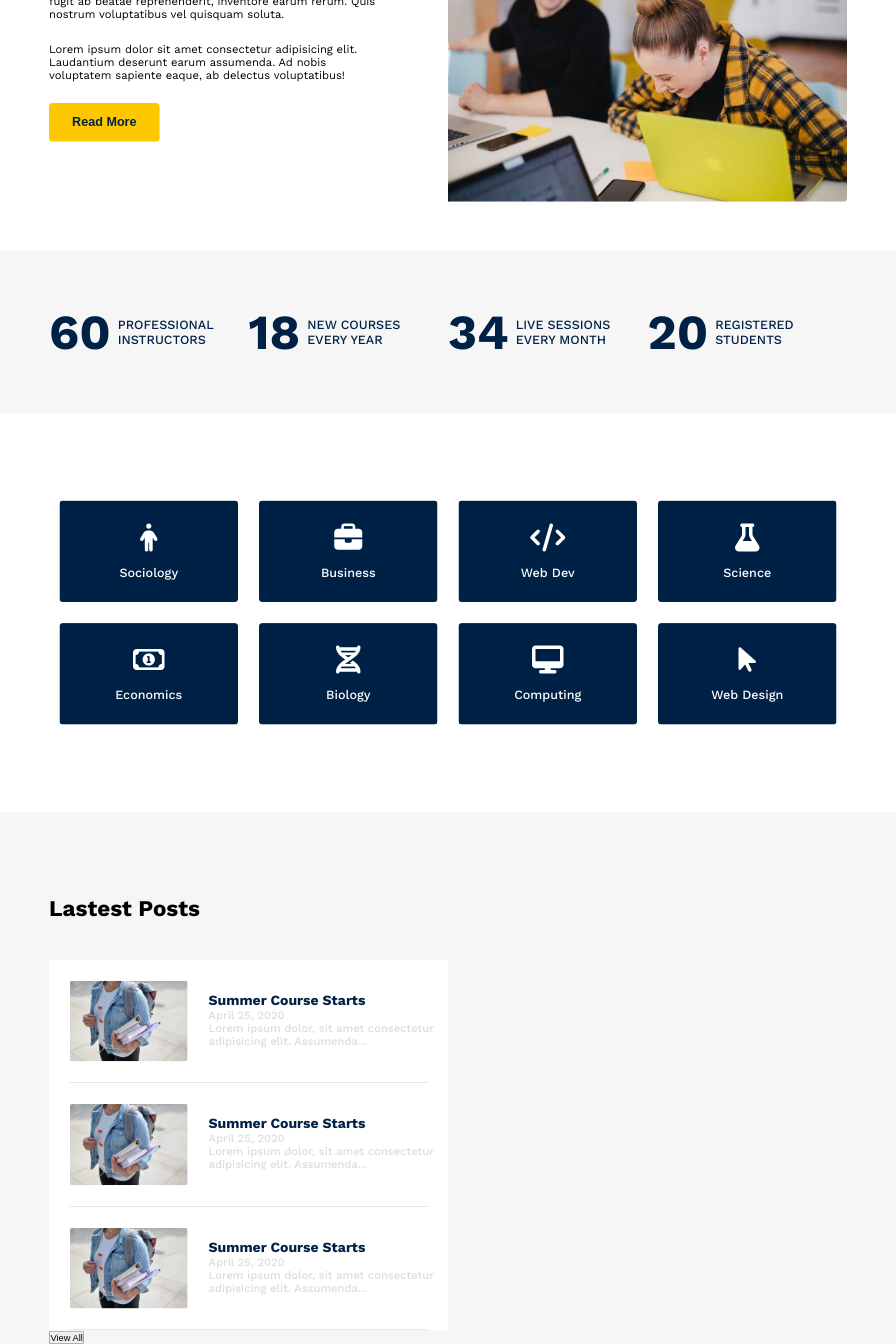
Repository: giahuy405/BC38__Mastery__Pham_Gia_Huy
Page: index.html
These files come from the project's save history. The page is drawn as it stood at one moment and after the next save; the edit follows.
The browser window is 1280 px wide. The pictures show the part of the page from y = 873 to 2793 px (the page is 2793 px tall), at 70% of full size.

Above is the page before, as saved 2022-09-10 01:43:29.

### index.html
<!DOCTYPE html>
<html lang="en">
<head>
    <meta charset="UTF-8">
    <meta http-equiv="X-UA-Compatible" content="IE=edge">
    <meta name="viewport" content="width=device-width, initial-scale=1.0">
    <title>Document</title>
    <link href="https://fonts.googleapis.com/css2?family=Montserrat:wght@300;400;500;700;900&family=Work+Sans:wght@300;400;500;700&display=swap" rel="stylesheet">
    <link rel="stylesheet" href="https://cdnjs.cloudflare.com/ajax/libs/font-awesome/6.2.0/css/all.min.css">
    <link rel="stylesheet" href="./css/index.css">
</head>
<body>
    <header>
        <div class="container">
            <i class="fa-solid fa-pen-to-square"></i>
            <div class="header__title">
                <h1>Mastery</h1>
            </div>
        </div>
    </header>
    <nav>
        <div class="container">
            <ul>
                <li><div class="wrapper"><span class="square individual"><a class="ninth before after"  href="#">Home</a></span></div></li>
                <li><div class="wrapper"><span class="square individual"><a class="ninth before after"  href="#">About</a></span></div></li>
                <li><div class="wrapper"><span class="square individual"><a class="ninth before after"  href="#">Services</a></span></div></li>
                <li><div class="wrapper"><span class="square individual"><a class="ninth before after"  href="#">Contact</a></span></div></li>
            </ul>
        </div>
    </nav>
    <div class="carousel">
        <img src="./img/carousel__website.png" alt="">
    </div>
    <div class="welcome container">
        <div class="welcome__content">
            <h1>Welcome To Our Campus</h1>
            <p>Lorem ipsum dolor sit amet consectetur adipisicing elit. Quasi est saepe possimus quisquam dolor ducimus blanditiis, eius fugit ab beatae reprehenderit, inventore earum rerum. Quis nostrum voluptatibus vel quisquam soluta.</p>

            <p>Lorem ipsum dolor sit amet consectetur adipisicing elit. Laudantium deserunt earum assumenda. Ad nobis voluptatem sapiente eaque, ab delectus voluptatibus!</p>
            <button>Read More</button>
        </div>
        <div class="welcome__img">
            <img src="./img/g1.jpg" alt="">
        </div>
        <div class="clear"></div>
    </div>
    <div class="information">
       <div class="container">
            <div class="information__content">
                <div class="information__title">
                    <h1>60</h1>
                </div>
                <div class="information__desc">
                    <p>PROFESSIONAL</p>
                    <p>INSTRUCTORS</p>
                </div>
                <div class="clear"></div>
            </div>
            <div class="information__content">
                <div class="information__title">
                    <h1>18</h1>
                </div>
                <div class="information__desc">
                    <p>NEW COURSES</p>
                    <p>EVERY YEAR</p>
                </div>
                <div class="clear"></div>
            </div>
            <div class="information__content">
                <div class="information__title">
                    <h1>34</h1>
                </div>
                <div class="information__desc">
                    <p>LIVE SESSIONS</p>
                    <p>EVERY MONTH</p>
                </div>
                <div class="clear"></div>
            </div>
            <div class="information__content">
                <div class="information__title">
                    <h1>20</h1>
                </div>
                <div class="information__desc">
                    <p>REGISTERED</p>
                    <p>STUDENTS</p>
                </div>
                <div class="clear"></div>
            </div>
            <div class="clear"></div>
       </div>
    </div>
    <div class="cards">
        <div class="container">
            <div class="cards-top">
                <div class="card">
                    <a href="#">
                        <div class="card__item">
                            <i class="fa-solid fa-person"></i>
                            <p>Sociology</p>
                        </div>
                    </a>
                </div>
                <div class="card">
                    <a href="#">
                        <div class="card__item">
                            <i class="fa-solid fa-briefcase"></i>
                            <p>Business</p>
                        </div>
                    </a>
                </div>
                <div class="card">
                   <a href="#">
                        <div class="card__item">
                            <i class="fa-solid fa-code"></i>
                            <p>Web Dev</p>
                        </div>
                   </a>
                </div>
                <div class="card">
                   <a href="#">
                        <div class="card__item">
                            <i class="fa-solid fa-flask"></i>
                            <p>Science</p>
                        </div>
                   </a>
                </div>
                <div class="clear"></div>
            </div>
            <div class="card-bottom">
                <div class="card">
                    <a href="#">
                        <div class="card__item">
                            <i class="fa-regular fa-money-bill-1"></i>
                            <p>Economics</p>
                        </div>
                    </a>
                </div>
                <div class="card">
                   <a href="#">
                        <div class="card__item">
                            <i class="fa-solid fa-dna"></i>
                            <p>Biology</p>
                        </div>
                   </a>
                </div>
                <div class="card">
                    <a  href="#">
                        <div class="card__item">
                            <i class="fa-solid fa-desktop"></i>
                            <p>Computing</p>
                        </div>
                    </a>
                </div>
                <div class="card">
                    <a href="#">
                        <div class="card__item">
                            <i class="fa-solid fa-arrow-pointer"></i>
                            <p>Web Design</p>
                        </div>
                    </a>
                </div>
                <div class="clear"></div>
            </div>
        </div>
    </div>
    <div class="news">
        <div class="container">
            <div class="news__lastest-post">
                <h1>Lastest Posts</h1>
                <div class="lastest-post__items">
                    <div class="lastest-post__item">
                        <a href="#">
                            <img src="./img/g9.jpg" alt="">
                            <div class="lastest-post__desc">
                                <h2 >Summer Course Starts</h2>
                                <p>April 25, 2020</p>
                                <p>Lorem ipsum dolor, sit amet consectetur adipisicing elit. Assumenda...</p>
                            </div>
                            <div class="clear"></div>
                        </a>
                        <hr noshade >
                    </div>

                    <div class="lastest-post__item">
                        <a href="#">
                            <img src="./img/g9.jpg" alt="">
                            <div class="lastest-post__desc">
                                <h2>Summer Course Starts</h2>
                                <p>April 25, 2020</p>
                                <p>Lorem ipsum dolor, sit amet consectetur adipisicing elit. Assumenda...</p>
                            </div>
                            <div class="clear"></div>
                        </a>
                        <hr noshade >
                    </div>

                    <div class="lastest-post__item">
                        <a href="#">
                            <img src="./img/g9.jpg" alt="">
                            <div class="lastest-post__desc">
                                <h2>Summer Course Starts</h2>
                                <p>April 25, 2020</p>
                                <p>Lorem ipsum dolor, sit amet consectetur adipisicing elit. Assumenda...</p>
                            </div>
                            <div class="clear"></div>
                        </a>
                        <hr noshade >
                    </div>

                </div>
                <button>View All</button>
            </div>
            <div class="news__upcoming__events">

            </div>
            <div class="clear"></div>
        </div>
    </div>

</body>
</html>

### css/index.css
*{
    padding: 0;
    margin: 0;
    box-sizing: border-box;
}
.clear{
    clear: both;
}
html{
    font-size: 16px;
    font-family: 'Work Sans', sans-serif;
}
.container{
    width: 1140px;
    margin: 0 auto;
}
header{
    position: relative;
    margin-top: 15px;
}
.header__title{
    display: inline-block;
     position: absolute;
     top: -4px;
    left: 160px;
}
.header__title h1{
    font-size: 35px;
    color: #1b1d2d;
}
header i{
    background-color: #002146;
    height: 36px;
    width: 36px;
    border-radius: 50%;
    color: #fdc800;
    text-align: center;
    padding-top: 9px;

}
nav ul{
    list-style: none;
    margin-top: 15px;
    margin-left: 18px;

}
nav li{
    display: inline;
    margin-right: 30px;
}

 /*  Hover for Navigation bar */
.wrapper{
    margin:2em 0;
    display: inline;
    font-size: 7px;
}
 a, a:visited, a:hover, a:active{
    -webkit-backface-visibility:hidden;
            backface-visibility:hidden;
      position:relative;
    transition:0.5s color ease;
      text-decoration:none;
      color:#002146;
      font-size:2px;
      font-weight: 500;
}
 a:hover{
    color:#fdc800;
}
 a.before:before, a.after:after{
content: "";
transition:0.5s all ease;
-webkit-backface-visibility:hidden;
        backface-visibility:hidden;
position:absolute;
}
 a.before:before{
top:-0.25em;
}
 a.after:after{
bottom:-0.25em;
}
 a.before:before, a.after:after{
height:5px;
height:0.2rem;
width:0;
background:#fdc800;
}
 a.first:after{
left:0;
}
 a.second:after{
right:0;
}
 a.third:after, a.sixth:before, a.sixth:after{
left:50%;
-webkit-transform:translateX(-50%);
        transform:translateX(-50%);
}
a.fourth:before, a.fourth:after{
left:0;
}
 a.fifth:before, a.fifth:after{
right:0;
}
 a.seventh:before{
right:0;
}
 a.seventh:after{
left:0;
}
 a.eigth:before{
left:0;
}
 a.eigth:after{
right:0;
}
a.before:hover:before, a.after:hover:after{
width:100%;
}
.square{
box-sizing:border-box;
margin-left:-0.4em;
position:relative;
font-size:2.5em;
overflow:hidden;
}
.square a{
position:static;
font-size:100%;
padding:0.2em 0.4em;
}
.square:before,.square:after{
content: "";
box-sizing:border-box;
transition:0.25s all ease;
-webkit-backface-visibility:hidden;
        backface-visibility:hidden;
position:absolute;
width: 5px;
width:0.2rem;
height:0;
background:#fdc800;
}
.square:before{
left:0;
bottom:-0.2em;
}
.square.individual:before{
transition-delay:0.6s;
}
.square:after{
right:0;
top:-0.2em;
}
.square.individual:after{
transition-delay:0.2s;
}
.square a:before{
left:0;
transition:0.25s all ease;
}
.square a:after{
right:0;
transition:0.25s all ease;
}
.square.individual a:after{
transition:0.25s all ease 0.4s;
}
.square:hover:before,.square:hover:after{
height:calc(100% + 0.4em);
}
.square:hover  a:before,.square:hover a:after{
width:100%;
}


/* CAROUSEL / SLIDER */
.carousel{
    width: 100%;
    margin-top: 20px;
}
.carousel img{
max-width: 100%;
height: 597px;
}


/* create WELCOME */
.welcome{
    margin-top: 62px;
    margin-bottom: 66px;
}
.welcome__content h1{
    margin-bottom: 20px;
    color: #1b1d2d;
}
.welcome__content{
    padding-right: 80px;
}
.welcome__content p{
    margin-bottom: 30px;
}
.welcome__content button{
    padding: 17px 33px;
    font-size: 18px;
    font-weight:700;
    color: #002146;
    background-color: #fdc800;
    border: none;
    border-radius: 5px;
    cursor: pointer;
    transition: all 0.2s;
}
.welcome__content button:hover{
    background-color: #002146;
    color: #fdc800;
    box-shadow: 5px 5px 10px black;
}
.welcome__content,.welcome__img{
    width: 50%;
    float: left;
}
.welcome__img img{
    width: 100%;
    border-top-right-radius: 5px;
    border-bottom-right-radius: 5px;
}


/* create INFORMATION  */
.information{
    background-color: #f6f6f6;
    padding: 75px 0;
    margin-bottom: 110px;
}
.information__content{
    float: left;
    width: 25%;
}
.information__content h1{
    display: inline-block;
    font-size: 70px;
    color: #002146;

}
.information__title,.information__desc{
    float: left;
}
.information__desc p:first-child{
    margin-top:20px;
}
.information__desc p{
    margin-left: 10px;
    font-size: 18px;
    color: #002146;
    font-weight: 500;
}


/* create CARDS */
.cards{
    margin-bottom: 110px;
}
.card{
    float: left;
    width: 25%;
    text-align: center;
    padding: 15px;
}
.card__item{
    background-color: #002146;
    padding: 32px 50px;
    border-radius: 5px;
}
.card__item i{
    color: white;
    font-size: 40px;
}
.card__item p{
    color: white;
    font-size: 18px;
    margin-top: 20px;
}
.card a{
    cursor: pointer;
    transition: all 0.2s;
}
.card a:hover{
    opacity: 0.7;
}
.card:hover{
    box-shadow: 1px 1px 10px  black;
    border-radius: 5px;
}


/* NEWS */
.news{
    padding-top: 118px;
    background-color: #f6f6f6;
}
.news h1:first-child{
    margin-bottom: 55px;
}
.news__lastest-post,.news__upcoming__events{
    float: left;
    width: 50%;
}
.lastest-post__item{
    background-color: white;
}
.lastest-post__item img{
    width: 158px;
    border: 30px solid transparent;
    border-radius: 33px;
}
.lastest-post__item a img{
    float: left;
    width: 40%;
}
.lastest-post__desc{
    float: left;
    width: 60%;
    padding-top: 45px;
}
.lastest-post__desc h2{
    font-size: 20px;
}
.lastest-post__item a .lastest-post__desc p:first-child{
    color: rgb(182, 182, 182);
}
.lastest-post__desc p{
    font-size: 16px;
    color: gainsboro;
}
.lastest-post__item hr{
    width:90%;
    margin: 0 auto;
    background-color: rgb(218, 218, 218);
    height: 1px;
    border: none;
}

After the next save:
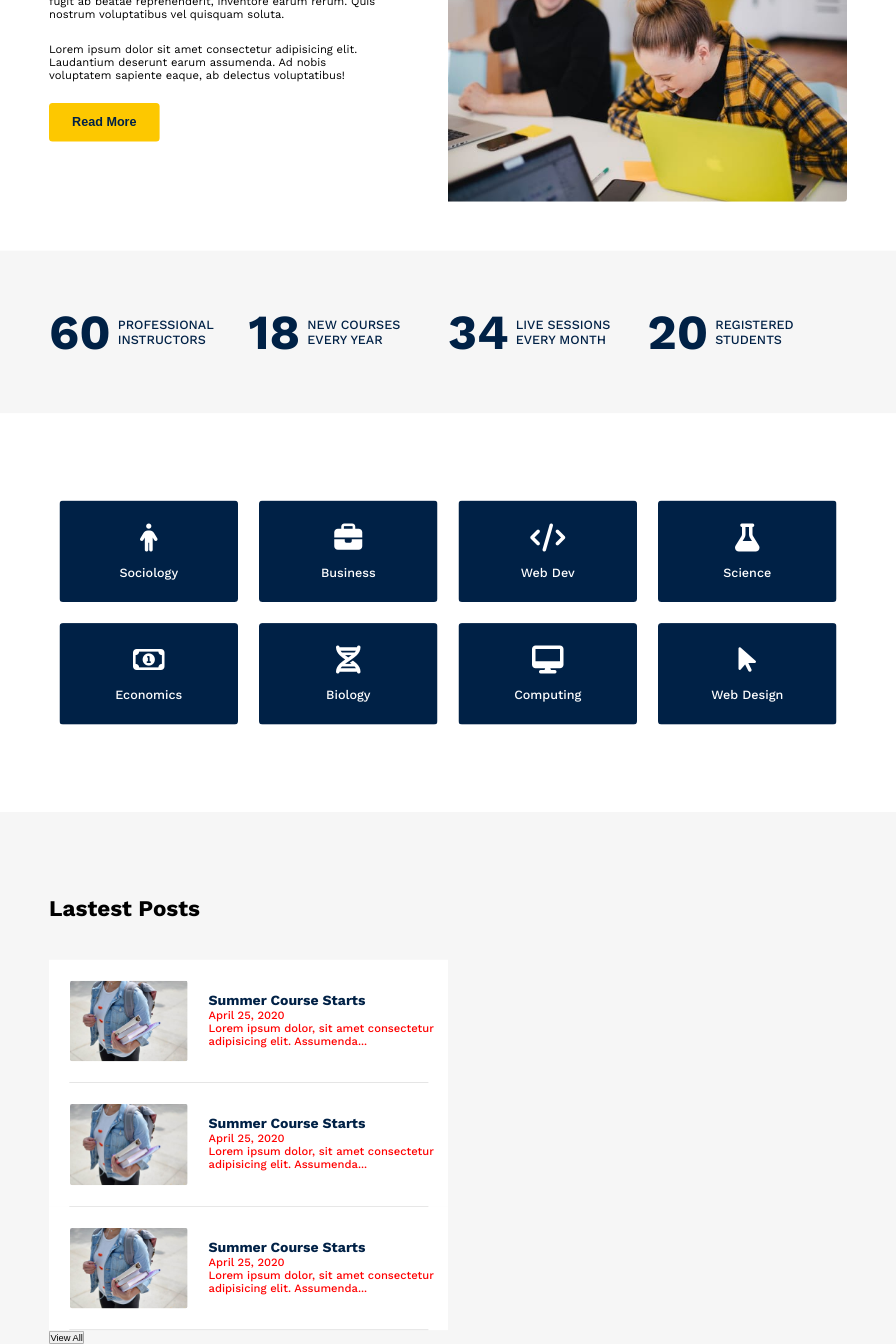
Saved 9 s later.
--- a/css/index.css
+++ b/css/index.css
@@ -333,7 +333,7 @@ height: 597px;
 }
 .lastest-post__desc p{
     font-size: 16px;
-    color: gainsboro;
+    color: red;
 }
 .lastest-post__item hr{
     width:90%;
